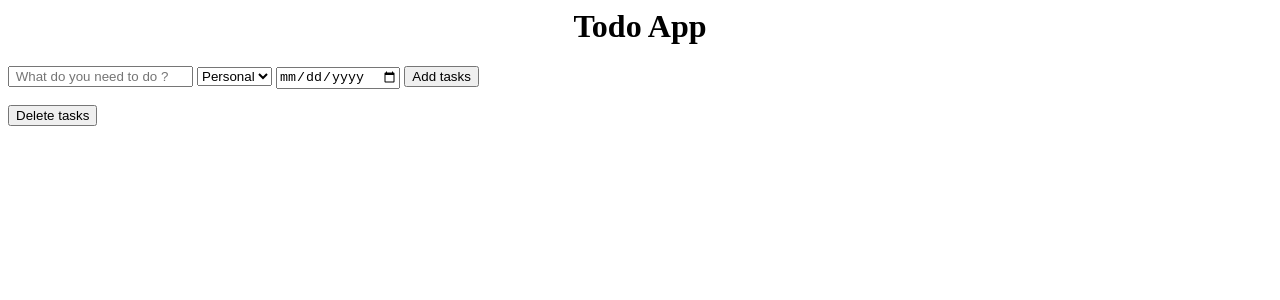
Repository: Sayan-100/Todo-List
Page: http://localhost/
An editor plug-in stored every save of this project. The page is shown before and after the next save, followed by the edit.
The browser window is 1280 px wide. The pictures show the whole page.
Some web libraries are served in a nearby version. The page is served by the project's Node server (index.js). Queries for data that is not in the repository find no rows.

Above is the page before, as saved 2021-12-28 23:49:10.
Not found: js/home.js

After the next save:
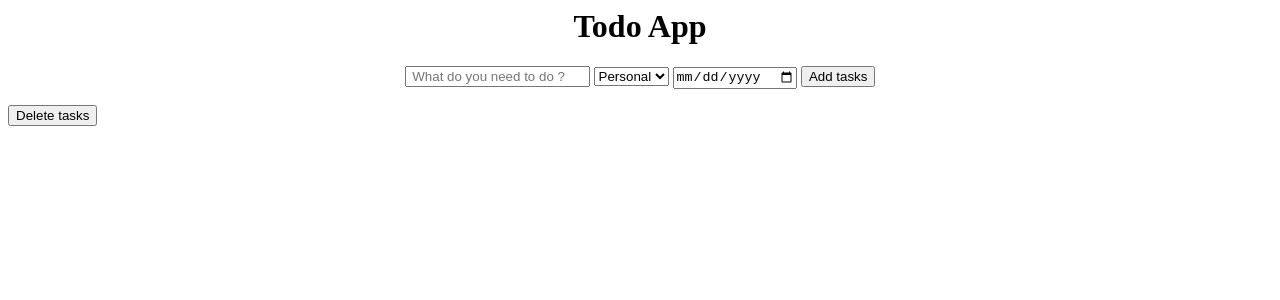
Saved 27 s later.
--- a/assests/css/style.css
+++ b/assests/css/style.css
@@ -2,6 +2,6 @@ h1 {
     text-align: center;
 }
 
-#delete-form {
+form {
     text-align: center;
 }
